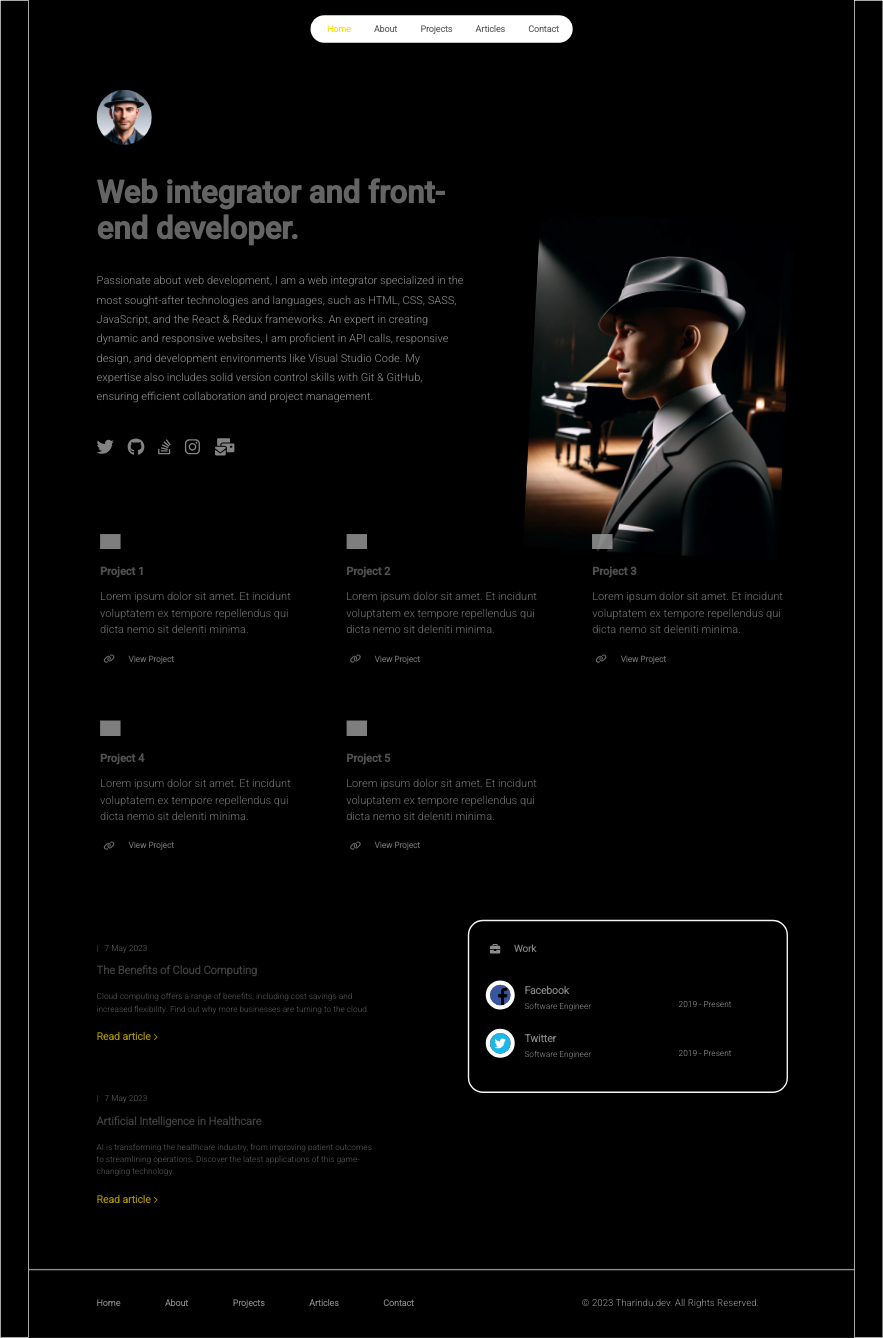
Repository: Dimple3377/reactfolio-master
Page: /
An editor plug-in stored every save of this project. The page is shown before and after the next save, followed by the edit.
The browser window is 1280 px wide. The pictures show the whole page, at 69% of full size.
Pictures or frames that could not be fetched are drawn as grey boxes. The project was rebuilt for these pictures with package versions that can differ from the ones it lists, and the page was loaded fresh each time. Also part of the build but not shown: src/components/about/socials.jsx, src/pages/styles/about.css, src/pages/about.jsx, src/pages/styles/projects.css, src/pages/projects.jsx, src/components/articles/article.jsx, src/pages/styles/articles.css, src/pages/articles.jsx and 5 more.

Above is the page before, as saved 2024-04-24 01:21:52.

### src/data/styles.css
:root {
	/* ------- colors ------- */
	--primary-color: #646464;
	--secondary-color: #838383;
	--tertiary-color: #8d8d8d;
	--quaternary-color: #bbbbbb;
	--link-color: #ffdc00;
	/* ---------------------- */

	/* ------- fonts ------- */
	--primary-font: "Heebo", sans-serif;
	--secondary-font: "Roboto", sans-serif;
	/* --------------------- */
}

### src/pages/homepage.jsx
import React, { useState, useEffect } from "react";
import { Helmet } from "react-helmet";

import { faMailBulk } from "@fortawesome/free-solid-svg-icons";
import { FontAwesomeIcon } from "@fortawesome/react-fontawesome";
import {
	faTwitter,
	faGithub,
	faStackOverflow,
	faInstagram,
} from "@fortawesome/free-brands-svg-icons";

import Logo from "../components/common/logo";
import Footer from "../components/common/footer";
import NavBar from "../components/common/navBar";
import Article from "../components/homepage/article";
import Works from "../components/homepage/works";
import AllProjects from "../components/projects/allProjects";

import INFO from "../data/user";
import SEO from "../data/seo";
import myArticles from "../data/articles";

import "./styles/homepage.css";

const Homepage = () => {
	const [stayLogo, setStayLogo] = useState(false);
	const [logoSize, setLogoSize] = useState(80);
	const [oldLogoSize, setOldLogoSize] = useState(80);

	useEffect(() => {
		window.scrollTo(0, 0);
	}, []);

	useEffect(() => {
		const handleScroll = () => {
			let scroll = Math.round(window.pageYOffset, 2);

			let newLogoSize = 80 - (scroll * 4) / 10;

			if (newLogoSize < oldLogoSize) {
				if (newLogoSize > 40) {
					setLogoSize(newLogoSize);
					setOldLogoSize(newLogoSize);
					setStayLogo(false);
				} else {
					setStayLogo(true);
				}
			} else {
				setLogoSize(newLogoSize);
				setStayLogo(false);
			}
		};

		window.addEventListener("scroll", handleScroll);
		return () => window.removeEventListener("scroll", handleScroll);
	}, [logoSize, oldLogoSize]);

	const currentSEO = SEO.find((item) => item.page === "home");

	const logoStyle = {
		display: "flex",
		position: stayLogo ? "fixed" : "relative",
		top: stayLogo ? "3vh" : "auto",
		zIndex: 999,
		border: stayLogo ? "1px solid white" : "none",
		borderRadius: stayLogo ? "50%" : "none",
		boxShadow: stayLogo ? "0px 4px 10px rgba(0, 0, 0, 0.25)" : "none",
	};

	return (
		<React.Fragment>
			<Helmet>
				<title>{INFO.main.title}</title>
				<meta name="description" content={currentSEO.description} />
				<meta
					name="keywords"
					content={currentSEO.keywords.join(", ")}
				/>
			</Helmet>

			<div className="page-content">
				<NavBar active="home" />
				<div className="content-wrapper">
					<div className="homepage-logo-container">
						<div style={logoStyle}>
							<Logo width={logoSize} link={false} />
						</div>
					</div>

					<div className="homepage-container">
						<div className="homepage-first-area">
							<div className="homepage-first-area-left-side">
								<div className="title homepage-title">
									{INFO.homepage.title}
								</div>

								<div className="subtitle homepage-subtitle">
									{INFO.homepage.description}
								</div>
							</div>

							<div className="homepage-first-area-right-side">
								<div className="homepage-image-container">
									<div className="homepage-image-wrapper">
										<img
											src="homepage.jpg"
											alt="about"
											className="homepage-image"
										/>
									</div>
								</div>
							</div>
						</div>

						<div className="homepage-socials">
							<a
								href={INFO.socials.twitter}
								target="_blank"
								rel="noreferrer"
							>
								<FontAwesomeIcon
									icon={faTwitter}
									className="homepage-social-icon"
								/>
							</a>
							<a
								href={INFO.socials.github}
								target="_blank"
								rel="noreferrer"
							>
								<FontAwesomeIcon
									icon={faGithub}
									className="homepage-social-icon"
								/>
							</a>
							<a
								href={INFO.socials.stackoverflow}
								target="_blank"
								rel="noreferrer"
							>
								<FontAwesomeIcon
									icon={faStackOverflow}
									className="homepage-social-icon"
								/>
							</a>
							<a
								href={INFO.socials.instagram}
								target="_blank"
								rel="noreferrer"
							>
								<FontAwesomeIcon
									icon={faInstagram}
									className="homepage-social-icon"
								/>
							</a>
							<a
								href={`mailto:${INFO.main.email}`}
								target="_blank"
								rel="noreferrer"
							>
								<FontAwesomeIcon
									icon={faMailBulk}
									className="homepage-social-icon"
								/>
							</a>
						</div>

						<div className="homepage-projects">
							<AllProjects />
						</div>

						<div className="homepage-after-title">
							<div className="homepage-articles">
								{myArticles.map((article, index) => (
									<div
										className="homepage-article"
										key={(index + 1).toString()}
									>
										<Article
											key={(index + 1).toString()}
											date={article().date}
											title={article().title}
											description={article().description}
											link={"/article/" + (index + 1)}
										/>
									</div>
								))}
							</div>

							<div className="homepage-works">
								<Works />
							</div>
						</div>

						<div className="page-footer">
							<Footer />
						</div>
					</div>
				</div>
			</div>
		</React.Fragment>
	);
};

export default Homepage;

### src/app.css
@import "/src/data/styles.css";

::-webkit-scrollbar {
	width: 10px;
}

::-webkit-scrollbar-track {
	background-color: #f1f1f1;
}

::-webkit-scrollbar-thumb {
	background-color: #383636;
	border-radius: 5px;
}

::-webkit-scrollbar-thumb:hover {
	background-color: rgb(0, 0, 0);
}

.page-content {
	background-color: black;
	position: relative;
}

.page-content:before,
.page-content:after {
	content: "";
	position: absolute;
	top: 0;
	bottom: 0;
	width: calc((100% - 1200px) / 2);
	background-color: black;
	border: 1px solid #f4f4f5;
}

.page-content:before {
	left: 0;
	z-index: 1;
}

.page-content:after {
	right: 0;
	z-index: 1;
}

.content-wrapper {
	max-width: 1000px;
	margin: 0 auto;
}

.title {
	color: var(--primary-color);
	font-family: var(--secondary-font);
	font-size: 45px;
	font-weight: 700;
	width: 70%;
}

.subtitle {
	padding-top: 10px;
	color: var(--secondary-color);
	font-size: 16px;
	line-height: 28px;
	width: 70%;
	margin-top: 25px;
}

.page-footer {
	position: block;
}

.page-footer::before {
	content: "";
	position: absolute;
	left: 0;
	right: 0;
	border-top: 2px solid var(--tertiary-color);
}

@media (max-width: 1270px) {
	.page-content:before,
	.page-content:after {
		width: calc((100% - 90%) / 2);
	}

	.content-wrapper {
		max-width: 90%;
		padding-left: 10%;
		padding-right: 10%;
	}
}

@media (max-width: 1024px) {
	.page-content:before,
	.page-content:after {
		width: calc((100% - 950px) / 2);
	}

	.content-wrapper {
		max-width: 980px;
	}
}

@media (max-width: 800px) {
	.content-wrapper {
		max-width: 90%;
		margin: 0 auto;
		padding: 0 10px;
	}

	.page-content:before,
	.page-content:after {
		display: none;
	}

	.title {
		width: 100%;
	}

	.subtitle {
		width: 100%;
	}
}

### src/components/common/footer.jsx
import React from "react";
import { Link } from "react-router-dom";

import "./styles/footer.css";

const Footer = () => {
	return (
		<React.Fragment>
			<div className="footer">
				<div className="footer-links">
					<ul className="footer-nav-link-list">
						<li className="footer-nav-link-item">
							<Link to="/">Home</Link>
						</li>
						<li className="footer-nav-link-item">
							<Link to="/about">About</Link>
						</li>
						<li className="footer-nav-link-item">
							<Link to="/projects">Projects</Link>
						</li>
						<li className="footer-nav-link-item">
							<Link to="/articles">Articles</Link>
						</li>
						<li className="footer-nav-link-item">
							<Link to="/contact">Contact</Link>
						</li>
					</ul>
				</div>

				<div className="footer-credits">
					<div className="footer-credits-text">
						© 2023 Tharindu.dev. All Rights Reserved.
					</div>
				</div>
			</div>
		</React.Fragment>
	);
};

export default Footer;

### src/components/common/navBar.jsx
import React from "react";
import { Link } from "react-router-dom";

import "./styles/navBar.css";

const NavBar = (props) => {
	const { active } = props;

	return (
		<React.Fragment>
			<div className="nav-container">
				<nav className="navbar">
					<div className="nav-background">
						<ul className="nav-list">
							<li
								className={
									active === "home"
										? "nav-item active"
										: "nav-item"
								}
							>
								<Link to="/">Home</Link>
							</li>
							<li
								className={
									active === "about"
										? "nav-item active"
										: "nav-item"
								}
							>
								<Link to="/about">About</Link>
							</li>
							<li
								className={
									active === "projects"
										? "nav-item active"
										: "nav-item"
								}
							>
								<Link to="/projects">Projects</Link>
							</li>
							<li
								className={
									active === "articles"
										? "nav-item active"
										: "nav-item"
								}
							>
								<Link to="/articles">Articles</Link>
							</li>
							<li
								className={
									active === "contact"
										? "nav-item active"
										: "nav-item"
								}
							>
								<Link to="/contact">Contact</Link>
							</li>
						</ul>
					</div>
				</nav>
			</div>
		</React.Fragment>
	);
};

export default NavBar;

### src/components/homepage/article.jsx
import React from "react";
import { Link } from "react-router-dom";

import { FontAwesomeIcon } from "@fortawesome/react-fontawesome";
import { faChevronRight } from "@fortawesome/free-solid-svg-icons";

import "./styles/article.css";

const Article = (props) => {
	const { title, description, date, link } = props;

	return (
		<React.Fragment>
			<div className="homepage-article">
				<div className="homepage-article-content">
					<div className="homepage-article-date">
						|&nbsp;&nbsp;&nbsp;{date}
					</div>
					<div className="homepage-article-title">{title}</div>
					<div className="homepage-article-description">
						{description}
					</div>
					<div className="homepage-article-link">
						<Link to={link}>
							Read article{" "}
							<FontAwesomeIcon
								style={{ fontSize: "10px" }}
								icon={faChevronRight}
							/>
						</Link>
					</div>
				</div>
			</div>
		</React.Fragment>
	);
};

export default Article;

### src/components/homepage/works.jsx
import React from "react";
import { faBriefcase } from "@fortawesome/free-solid-svg-icons";

import Card from "../common/card";

import "./styles/works.css";

const Works = () => {
	return (
		<div className="works">
			<Card
				icon={faBriefcase}
				title="Work"
				body={
					<div className="works-body">
						<div className="work">
							<img
								src="./facebook.png"
								alt="facebook"
								className="work-image"
							/>
							<div className="work-title">Facebook</div>
							<div className="work-subtitle">
								Software Engineer
							</div>
							<div className="work-duration">2019 - Present</div>
						</div>

						<div className="work">
							<img
								src="./twitter.png"
								alt="twitter"
								className="work-image"
							/>
							<div className="work-title">Twitter</div>
							<div className="work-subtitle">
								Software Engineer
							</div>
							<div className="work-duration">2019 - Present</div>
						</div>
					</div>
				}
			/>
		</div>
	);
};

export default Works;

### src/data/seo.js
const SEO = [
	{
		page: "home",
		description:
			"I am a backend developer with expertise in Node.js. I have experience in building scalable, secure and reliable web applications using various frameworks and technologies.",
		keywords: ["Tharindu", "Tharindu N", "Tharindu Nayanajith"],
	},

	{
		page: "about",
		description:
			"I am a backend developer with expertise in Node.js. I have experience in building scalable, secure and reliable web applications using various frameworks and technologies.",
		keywords: ["Tharindu", "Tharindu N", "Tharindu Nayanajith"],
	},

	{
		page: "articles",
		description:
			"Chronological collection of my long-form thoughts on programming, leadership, product design, and more.",
		keywords: ["Tharindu", "Tharindu N", "Tharindu Nayanajith"],
	},

	{
		page: "projects",
		description:
			"I've worked on a variety of projects over the years and I'm proud of the progress I've made. Many of these projects are open-source and available for others to explore and contribute to.",
		keywords: ["Tharindu", "Tharindu N", "Tharindu Nayanajith"],
	},

	{
		page: "contact",
		description:
			"If you're interested in collaborating on a project, feel free to reach out to me. I'm always open to new ideas and opportunities.",
		keywords: ["Tharindu", "Tharindu N", "Tharindu Nayanajith"],
	},
];

export default SEO;

### src/pages/styles/homepage.css
@import "../../data/styles.css";

.homepage-logo-container {
	display: flex;
	justify-content: left;
	align-items: center;
	padding-top: 130px;
}

.homepage-container {
	padding-top: 25px;
}

.homepage-first-area {
	display: flex;
	justify-content: space-between;
	align-items: center;
}

.homepage-first-area-left-side {
	display: flex;
	flex-direction: column;
	align-items: flex-start;
}

.homepage-title {
	width: 85% !important;
}

.homepage-subtitle {
	width: 85% !important;
}

.homepage-first-area-right-side {
	display: flex;
	align-items: center;
}

.homepage-image-container {
	width: 370px;
	height: 370px;
}

.homepage-image-wrapper {
	overflow: hidden;
	border-radius: 10%;
	transform: rotate(3deg);
}

.homepage-image-wrapper img {
	width: 100%;
}

.homepage-socials {
	display: flex;
	justify-content: left;
	align-items: center;
	padding-top: 30px;
}

.homepage-social-icon {
	padding-right: 20px;
	font-size: 25px;
	transition: color 0.2s ease-in-out;
	color: var(--secondary-color);
}

.homepage-social-icon:hover {
	color: var(--primary-color);
}

.homepage-after-title {
	display: flex;
}

.homepage-projects {
	flex-basis: 300px;
	padding-top: 40px;
}

.homepage-articles {
	flex-basis: 900px;
	padding-top: 30px;
	margin-left: -30px;
}

.homepage-article {
	padding-bottom: 5px;
}

.homepage-works {
	flex-basis: 600px;
	padding-top: 30px;
}

@media (max-width: 1024px) {
	.homepage-first-area {
		flex-direction: column;
	}

	.homepage-first-area-left-side {
		display: flex;
		flex-direction: column; /* Changed: set direction to column */
		align-items: flex-start;
		width: 100%;
		order: 2;
	}

	.homepage-title {
		width: 100% !important;
		margin-top: 20px;
		order: 2;
	}

	.homepage-subtitle {
		width: 100% !important;
		margin-top: 10px;
		order: 3;
	}

	.homepage-first-area-right-side {
		width: 100%;
		order: 1;
	}

	.homepage-image-container {
		padding-top: 50px;
		padding-bottom: 50px;
		margin-left: 10px;
		order: 1;
	}

	.homepage-after-title {
		flex-direction: column;
	}

	.homepage-projects {
		flex-basis: auto;
	}

	.homepage-articles {
		flex-basis: auto;
	}

	.homepage-works {
		flex-basis: auto;
		margin-left: -25px;
		margin-right: -25px;
	}
}

### src/pages/styles/readArticle.css
@import "../../data/styles.css";

.read-article-logo-container {
	display: flex;
	justify-content: left;
	padding-top: 25px;
}

.read-article-logo {
	display: flex;
	position: fixed;
	border: 1px solid white;
	border-radius: 50%;
	box-shadow: 0px 4px 10px rgba(0, 0, 0, 0.25);
	top: 4vh;
}

.read-article-container {
	display: flex;
	height: 100%;
	margin: 0;
	padding-top: 120px;
}

.read-article-back {
	padding-top: 68px;
	padding-right: 50px;
	width: 40px;
	height: 40px;
}

.read-article-back-button {
	width: 50px;
	border-radius: 50%;
	box-shadow: 0px 4px 10px rgba(0, 0, 0, 0.25);
}

.read-article-wrapper {
	width: 80%;
	padding-top: 30px;
}

.read-article-date-container {
	border-left: 2px solid var(--quaternary-color);
	color: var(--tertiary-color);
	font-size: 16 px;
	align-items: center;
	height: 22px;
}

.read-article-date {
	font-family: var(--primary-font);
	padding-left: 15px;
}

.read-article-title {
	padding-top: 50px;
	padding-bottom: 50px;
	width: 100% !important;
}

.read-article-body {
	padding-bottom: 50px;
	font-size: 16px;
	line-height: 30px;
	font-family: system-ui;
	color: #52525b;
}

### src/components/common/styles/footer.css
@import "../../../data/styles.css";

.footer {
	display: flex;
	padding-top: 25px;
	margin-top: 50px;
	padding-bottom: 25px;
	align-items: center;
}

.footer-links,
.footer-credits {
	flex-basis: 50%;
}

.footer-links {
	margin-left: -40px;
}

.footer-nav-link-list {
	display: flex;
	list-style: none;
	justify-content: space-between;
	align-items: center;
}

.footer-nav-link-item {
	font-weight: bold;
	font-size: 80%;
}

.footer-nav-link-list a {
	text-decoration: none;
	color: var(--secondary-color);
}

.footer-nav-link-list a:hover {
	color: var(--link-color);
}

.footer-credits-text {
	justify-content: flex-end;
	color: var(--tertiary-color);
	font-size: 14px;
	text-align: right;
}

@media (max-width: 600px) {
	.footer {
		flex-direction: column;
		height: 85px;
	}

	.footer-links {
		display: flex;
		width: 100%;
		justify-content: center;
	}

	.footer-nav-link-list {
		width: 100%;
	}
}

### src/components/common/styles/navBar.css
@import "../../../data/styles.css";

.nav-container {
	margin: 0;
	display: flex;
	justify-content: center;
	align-items: center;
}

.navbar {
	display: flex;
	justify-content: center;
	align-items: center;
	position: fixed;
	top: 3vh;
	z-index: 999;
}

.nav-background {
	width: 380px;
	height: 40px;
	padding-left: 0%;
	padding-right: 0%;
	background: #fff;
	box-shadow: 0px 2px 10px rgba(0, 0, 0, 0.1);
	border-radius: 40px;
}

.nav-list {
	display: flex;
	justify-content: space-between;
	list-style: none;
	align-items: center;
	margin-left: -16px;
	margin-right: 20px;
	margin-top: 11px;
}

.nav-item {
	font-weight: bold;
	font-size: 80%;
}

.nav-item.active a {
	color: var(--link-color) !important;
}

.nav-item a {
	text-decoration: none;
	color: var(--primary-color);
}

.nav-item a:hover {
	color: var(--link-color);
	transition: color 0.3s ease-in-out;
}

@media (max-width: 600px) {
	.navbar {
		margin-left: 25%;
		margin-right: 25%;
		width: 80%;
		font-size: 80%;
	}

	.nav-background {
		width: 80%;
		height: 40px;
	}

	.nav-item {
		font-weight: bold;
	}
}

### src/components/homepage/styles/article.css
@import "../../../data/styles.css";

.homepage-article {
	width: 90%;
	mix-blend-mode: normal;
	border-radius: 20px;
	opacity: 0.8;
}

.homepage-article:hover {
	background: #fafafa;
	opacity: 1;
	transition: background-color 0.3s ease-in-out;
}

.homepage-article-content {
	padding: 30px;
}

.homepage-article-date {
	opacity: 1;
	color: var(--tertiary-color);
	font-size: 12px;
	margin-bottom: 1em;
}

.homepage-article-title {
	opacity: 1;
	color: var(--primary-color);
	font-size: 16px;
	margin-bottom: 1em;
	font-weight: 700;
}

.homepage-article-description {
	opacity: 1;
	color: var(--secondary-color);
	font-size: 12px;
	line-height: 1.5;
}

.homepage-article-link {
	opacity: 1;
	padding-top: 20px;
	font-size: 15px;
	font-weight: 700;
}

.homepage-article-link a {
	color: var(--link-color);
	text-decoration: none;
}

@media (max-width: 600px) {
	.homepage-article {
		width: 100%;
	}
}

### src/components/projects/project.jsx
import React from "react";
import { Link } from "react-router-dom";
import { FontAwesomeIcon } from "@fortawesome/react-fontawesome";
import { faLink } from "@fortawesome/free-solid-svg-icons";

import "./styles/project.css";

const Project = (props) => {
	const { logo, title, description, linkText, link } = props;

	return (
		<React.Fragment>
			<div className="project">
				<Link to={link}>
					<div className="project-container">
						<div className="project-logo">
							<img src={logo} alt="logo" />
						</div>
						<div className="project-title">{title}</div>
						<div className="project-description">{description}</div>
						<div className="project-link">
							<div className="project-link-icon">
								<FontAwesomeIcon icon={faLink} />
							</div>

							<div className="project-link-text">{linkText}</div>
						</div>
					</div>
				</Link>
			</div>
		</React.Fragment>
	);
};

export default Project;

### src/components/articles/style/article.css
@import "../../../data/styles.css";

.article {
	display: flex;
}

.article a {
	text-decoration: none;
}

.article-left-side {
	min-width: 20%;
	max-width: 20%;
}

.article-right-side {
	flex-basis: 80%;
	min-width: 700px;
	mix-blend-mode: normal;
	border-radius: 20px;
	opacity: 0.8;
	padding: 30px;
}

.article-right-side:hover {
	background: #fafafa;
	opacity: 1;
	transition: background-color 0.3s ease-in-out;
}

.article-date {
	padding-top: 30px;
	font-size: 15px;
	color: var(--tertiary-color);
}

.article-title {
	color: #000000;
	font-size: 16px;
	font-weight: 600;
}

.article-description {
	padding-top: 10px;
	font-size: 12px;
	color: var(--secondary-color);
	font-weight: 480;
	line-height: 25px;
}

.article-link {
	padding-top: 10px;
	font-size: 14px;
	color: var(--link-color);
	font-weight: 700;
}

@media (max-width: 1024px) {
	.article-left-side {
		min-width: 10%;
		max-width: 10%;
	}

	.article-right-side {
		flex-basis: 90%;
		min-width: 85%;
		max-width: 85%;
	}
}

### src/components/projects/styles/project.css
@import "../../../data/styles.css";

.project {
	mix-blend-mode: normal;
	border-radius: 20px;
	opacity: 0.8;
	height: 100%;
}

.project a {
	text-decoration: none;
}

.project:hover {
	background: #fafafa;
	opacity: 1;
	transition: background-color 0.3s ease-in-out;
}

.project:hover .project-link {
	color: var(--link-color);
	transition: color 0.3s ease-in-out;
}

.project-container {
	padding: 30px;
}

.project-logo {
	width: 30px;
}

.project-logo img {
	width: 100%;
}

.project-title {
	font-family: var(--secondary-font);
	color: var(--primary-color);
	font-size: 16px;
	padding-top: 15px;
	margin-bottom: 1em;
	font-weight: 700;
}

.project-description {
	color: var(--secondary-color);
}

.project-link {
	display: flex;
	align-items: center;
	color: var(--secondary-color);
	font-size: 12px;
	padding-top: 20px;
}

.project-link-icon {
	padding-left: 5px;
	font-size: 13px;
}

.project-link-text {
	padding-left: 20px;
	font-weight: 700;
}

@media (max-width: 600px) {
	.project {
		height: 300px;
	}
}

Loaded but not shown: public/index.html (common file); src/index.js (common file); src/index.css (common file); src/App.js (common file); src/reportWebVitals.js (common file); src/data/tracking.js (common file); src/components/common/logo.jsx (common file); src/components/projects/allProjects.jsx (common file); src/components/common/styles/logo.css (common file); src/components/common/card.jsx (common file); src/components/homepage/styles/works.css (common file); src/components/projects/styles/allProjects.css (common file); src/components/about/styles/socials.css (common file); src/components/common/styles/card.css (common file); src/data/user.js (84 lines, source omitted); src/data/articles.js (65 lines, source omitted)

After the next save:
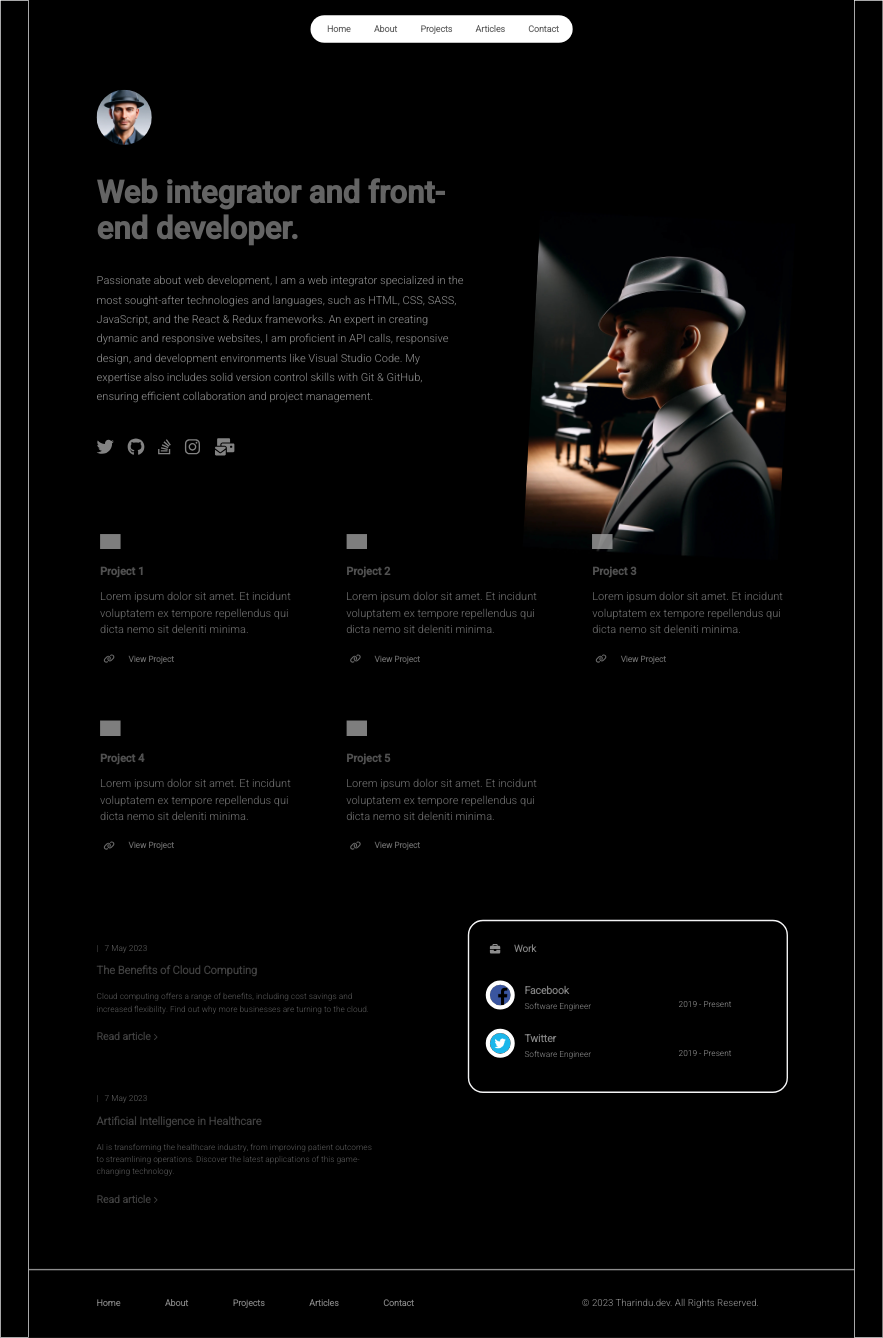
Saved 58 s later.
--- a/src/data/styles.css
+++ b/src/data/styles.css
@@ -4,7 +4,7 @@
 	--secondary-color: #838383;
 	--tertiary-color: #8d8d8d;
 	--quaternary-color: #bbbbbb;
-	--link-color: #ffdc00;
+	--link-color: #646464;
 	/* ---------------------- */
 
 	/* ------- fonts ------- */
